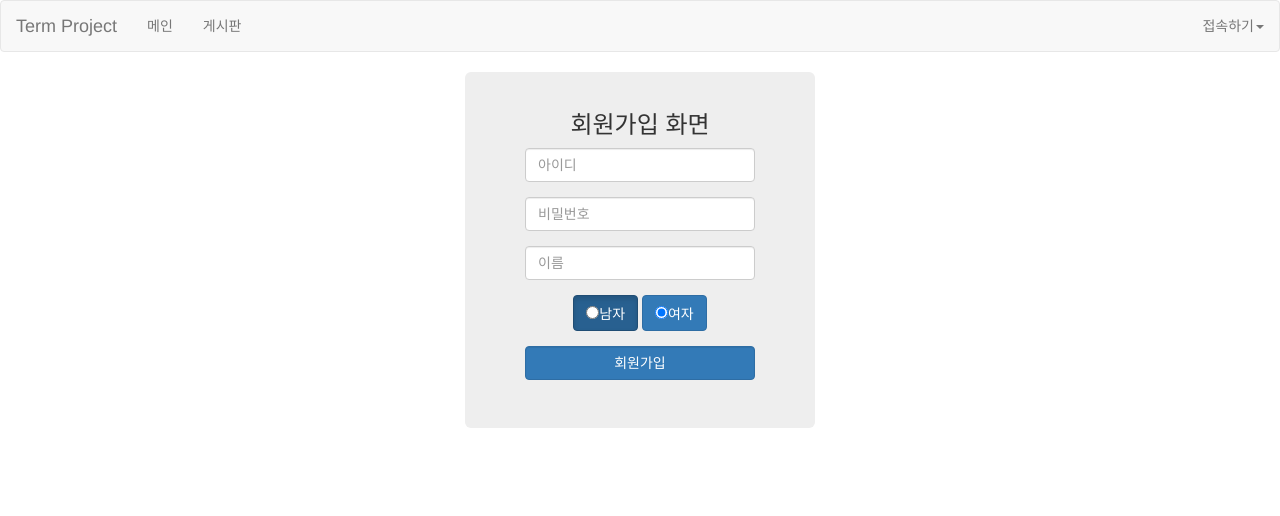
Repository: subsub97/web_bulletin-board
Page: http://localhost/BBS/join.jsp
The author's editor kept a copy of each file at every save. The page is drawn from the files as they stood at one save, then again after the next save.
The browser window is 1280 px wide. The pictures show the whole page.
Some web libraries are served in a nearby version. The page is served by Tomcat 9. Other server files are loaded and not shown.

Above is the page before, as saved 2023-05-25 15:08:52.

### Projects/BBS/src/main/webapp/join.jsp
<%@ page language="java" contentType="text/html; charset=UTF-8" pageEncoding="UTF-8"%>
<!DOCTYPE html>
<html>
<head>
<meta charset="UTF-8">
<meta name="viewport" content="width=device-width, initial-scale=1">

<link rel="stylesheet" href="css/bootstrap.css">

<title>Term Project</title>
</head>
<body>
	<nav class="navbar navbar-default">
		<div class="navbar-header">
			<button type="button" class="navbar-toggle collapsed"
				data-toggle="collapse" data-target="#bs-example-navbar-collapse-1"
				aria-expanded="false">
				<span class="icon-bar"></span>
				<span class="icon-bar"></span>
				<span class="icon-bar"></span>
			</button>
			<a class="navbar-brand" href="main.jsp">Term Project</a>
		</div>
		<div class="collapse navbar-collapse" id="bs-example-navbar-collapse-1">
			<ul class="nav navbar-nav">
				<li><a href="main.jsp">메인</a></li>
				<li><a href="main.jsp">게시판</a></li>
			</ul>
			<ul class="nav navbar-nav navbar-right">
				<li class="dropdown">
					<a href="#" class="dropdown-toggle" data-toggle="dropdown" role="button" aria-haspopup="true"
						aria-expanded="false">접속하기<span class="caret"></span></a>
					<ul class="dropdown-menu">
						<li class="active"><a href="login.jsp">로그인</a></li>
						<li><a href="join.jsp">회원가입</a></li>
					</ul>
				</li>
			</ul>
		</div>
	</nav>
	<div class="container">
		<div class="col-lg-4"></div>
		<div class="col-lg-4">
			<div class="jumbotron" style="padding-top: 20px;">
				<form method="post" action="loginAction.jsp">
					<h3 style="text-align: center;">회원가입 화면</h3>
					<div class="form-group">
						<input type="text" class="form-control" placeholder="아이디" name="userID" maxlength="20">
					</div>
					<div class="form-group">
						<input type="password" class="form-control" placeholder="비밀번호" name="userPassword" maxlength="20">
					</div>
					<div class="form-group">
						<input type="password" class="form-control" placeholder="이름" name="userName" maxlength="20">
					</div>
					<div class="form-group" style = "text-align: center;">
						<label class ="btn btn-primary active">
							<input type = "radio" name="userGender" autocomplete="off" value = "M" checked>남자
						</label>
						<label class ="btn btn-primary">
							<input type = "radio" name="userGender" autocomplete="off" value = "F" checked>여자
						</label>
					</div>
					<input type="submit" class="btn btn-primary form-control" value="회원가입">
				</form>
			</div>
		</div>
		<div class="col-lg-4"></div>

		<script src="https://code.jquery.com/jquery-3.1.1.min.js"></script>
		<script src="js/bootstrap.js"></script>
	</div>
</body>
</html>

Loaded but not shown: Projects/BBS/src/main/webapp/css/bootstrap.css (library); Projects/BBS/src/main/webapp/js/bootstrap.js (library)

After the next save:
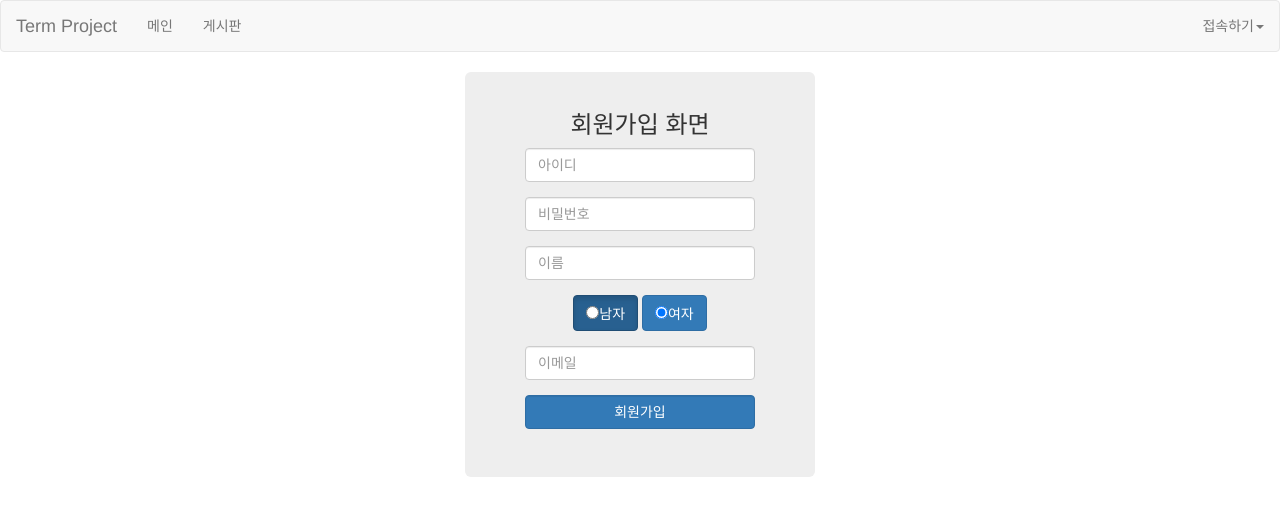
Saved 64 s later.
--- a/Projects/BBS/src/main/webapp/join.jsp
+++ b/Projects/BBS/src/main/webapp/join.jsp
@@ -51,7 +51,7 @@
 						<input type="password" class="form-control" placeholder="비밀번호" name="userPassword" maxlength="20">
 					</div>
 					<div class="form-group">
-						<input type="password" class="form-control" placeholder="이름" name="userName" maxlength="20">
+						<input type="text" class="form-control" placeholder="이름" name="userName" maxlength="20">
 					</div>
 					<div class="form-group" style = "text-align: center;">
 						<label class ="btn btn-primary active">
@@ -60,6 +60,9 @@
 						<label class ="btn btn-primary">
 							<input type = "radio" name="userGender" autocomplete="off" value = "F" checked>여자
 						</label>
+					</div>
+					<div class="form-group">
+						<input type="email" class="form-control" placeholder="이메일" name="userEmail" maxlength="20">
 					</div>
 					<input type="submit" class="btn btn-primary form-control" value="회원가입">
 				</form>
